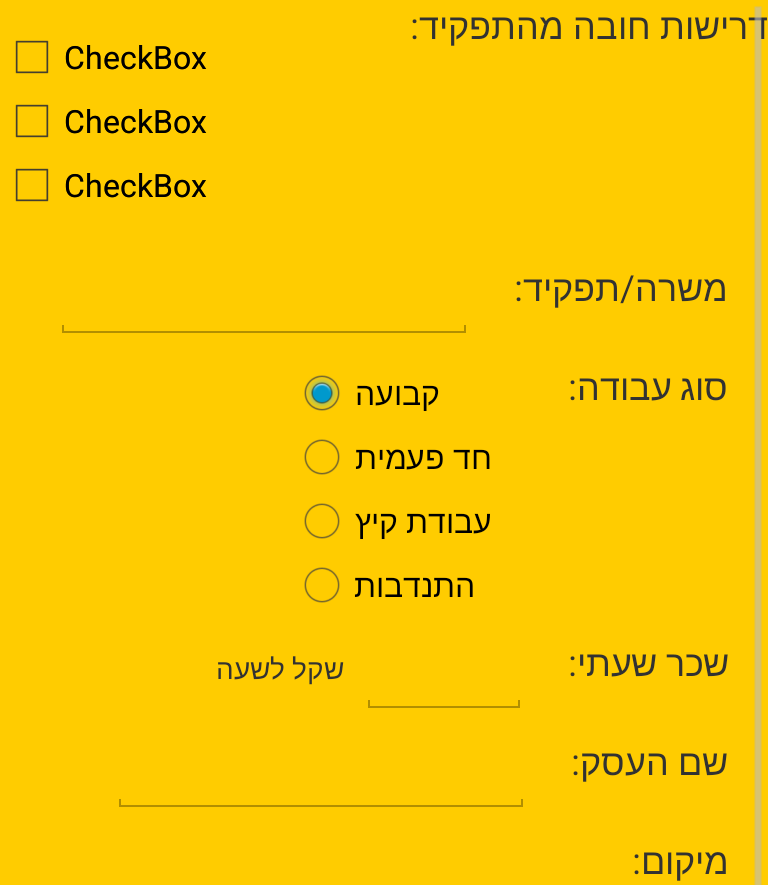
Repository: rodi055/jobli
Layout: Jobli/res/layout/fragment_create_job.xml
These files come from the project's save history. The layout is drawn as it stood at one moment and after the next save; the edit follows.
The pictures show rows 0 to 885 of an output 1280 px tall.
Pictures or frames that could not be fetched are drawn as grey boxes. It is drawn on a 768 x 1280 px phone screen (xhdpi) without system bars, with theme AppTheme; the app's code is not run. The app's manifest (not shown) leaves right-to-left support off. So textAlignment, textDirection and layoutDirection are ignored, and left and right values win over start and end ones.

Above is the layout before, as saved 2015-01-03 12:29:51.

After the next save:
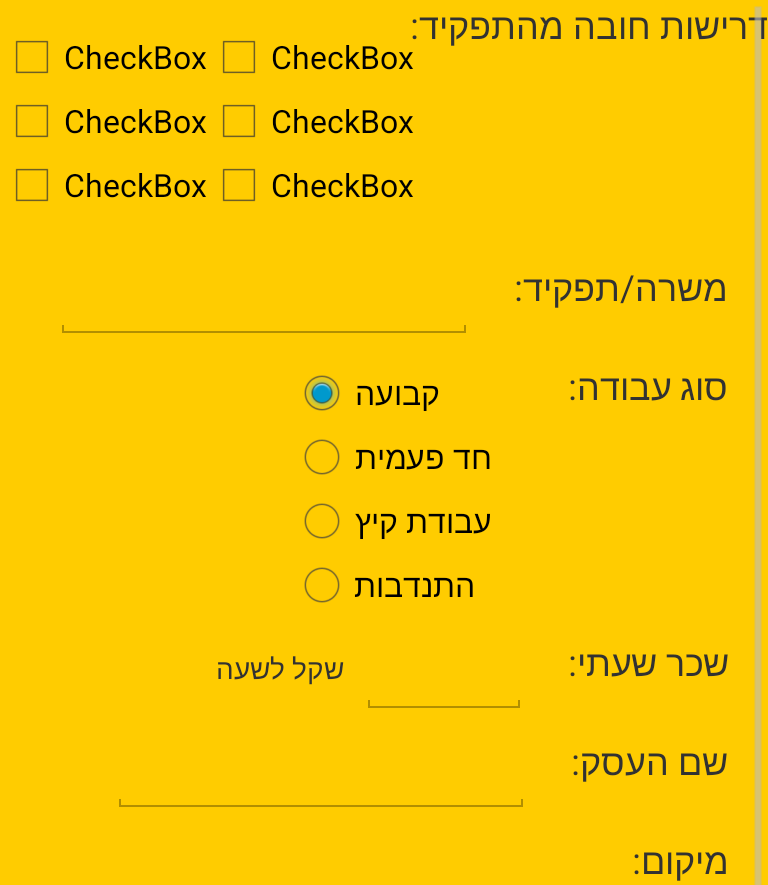
Saved 46 s later.
--- a/Jobli/res/layout/fragment_create_job.xml
+++ b/Jobli/res/layout/fragment_create_job.xml
@@ -29,7 +29,7 @@
                     android:textSize="18sp" />
 
                 <TableLayout
-                    android:id="table2"
+                    android:id="@+id/table2"
                     android:layout_width="wrap_content"
                     android:layout_height="wrap_content"
                     android:layout_toRightOf="@+id/table1"
@@ -80,7 +80,7 @@
                     </TableRow>
                 </TableLayout>
                 <TableLayout
-                    android:id="table1"
+                    android:id="@+id/table1"
                     android:layout_width="wrap_content"
                     android:layout_height="wrap_content"
                     android:layout_below="@+id/textView10"
